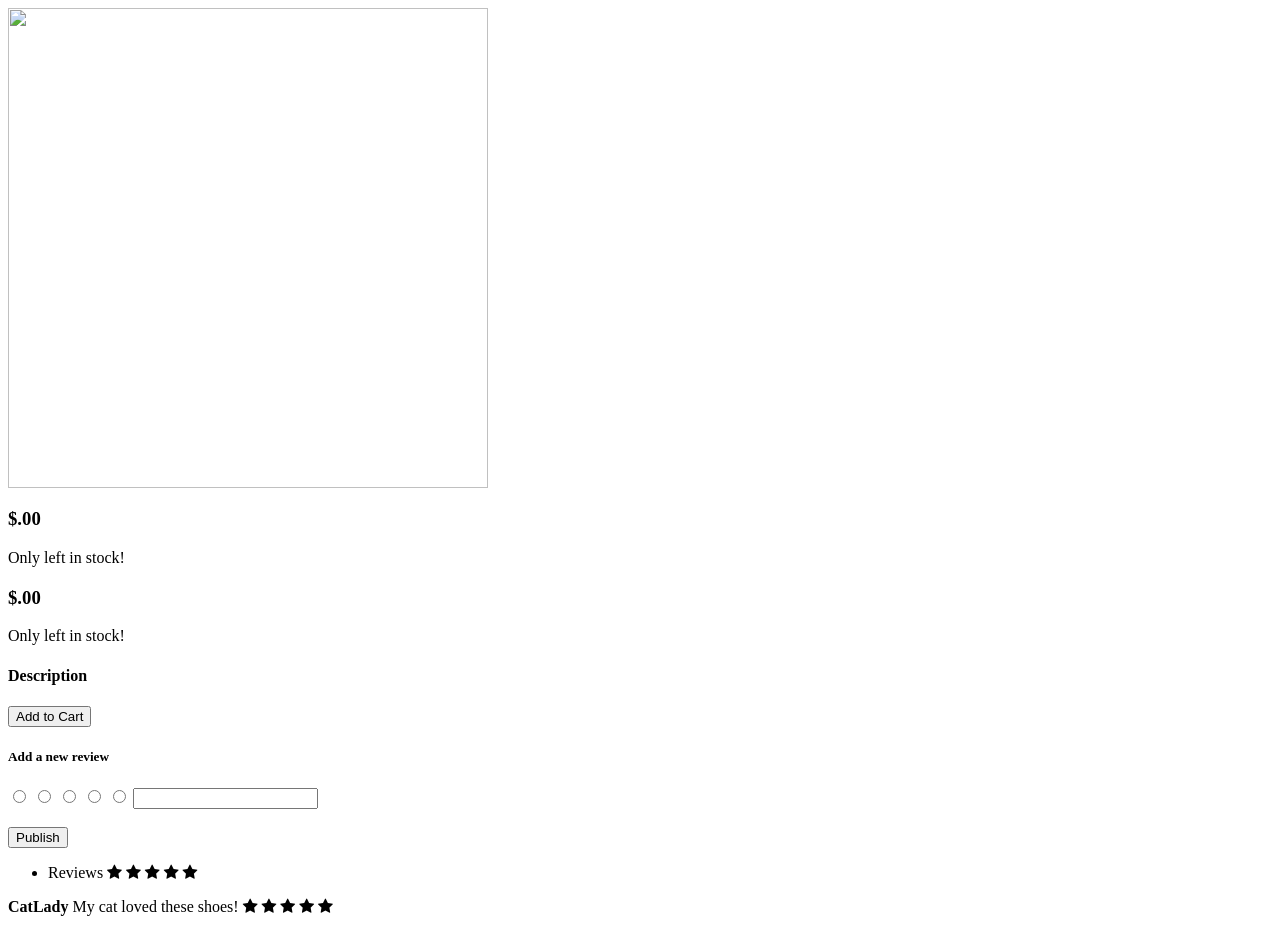
Repository: qfernandez/rangers-project
Page: views/partials/playerInfo.ejs
The author's editor kept a record of every edit. The page is drawn from the files as they stood at one moment, then again after the next edit.
The browser window is 1280 px wide. The pictures show the whole page.
Some web libraries are served in a nearby version. The page is served by the project's Node server (app.js). The template is opened directly, without the code that normally fills it, so the values that code supplies are empty.

Above is the page before.

After the next edit:
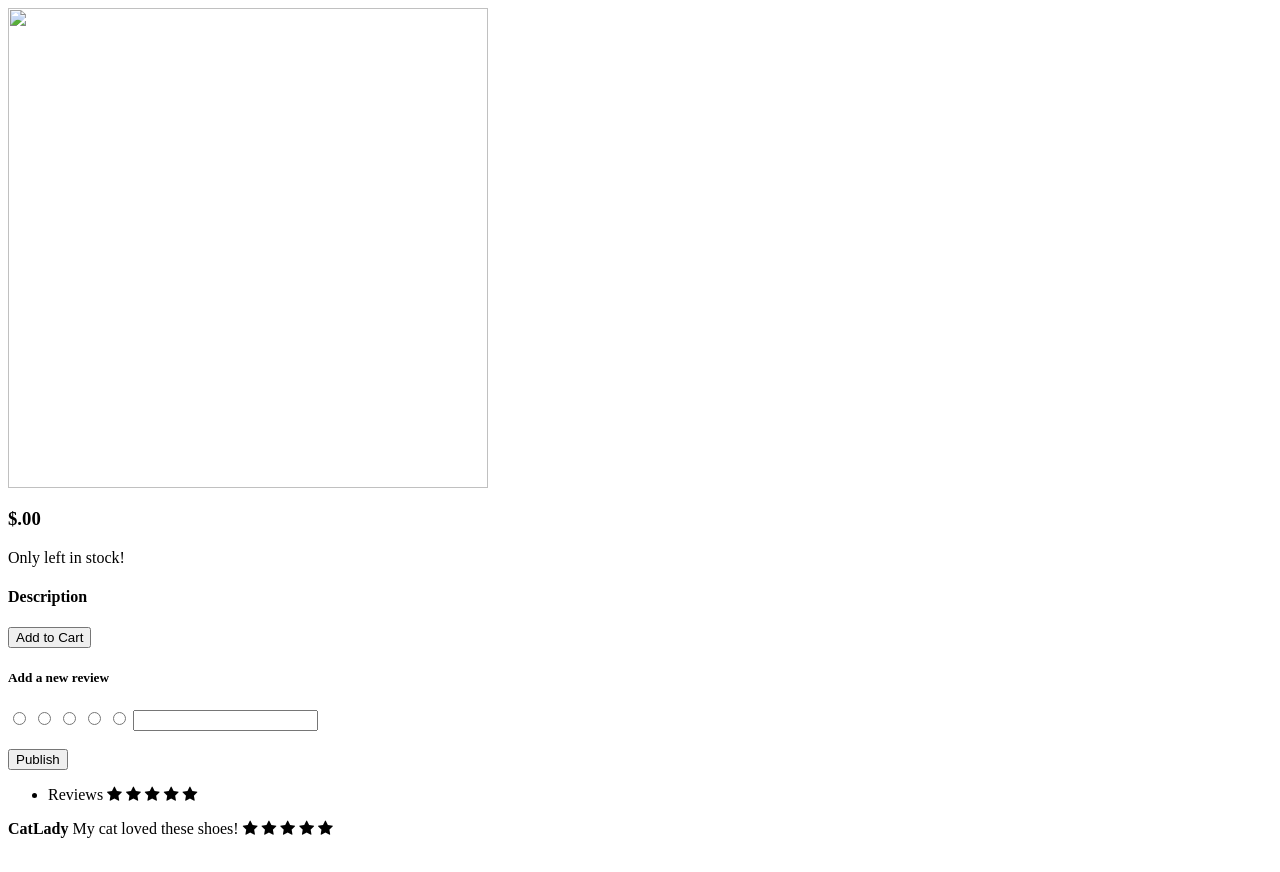
The edit:
--- a/views/partials/playerInfo.ejs
+++ b/views/partials/playerInfo.ejs
@@ -8,17 +8,14 @@
         <h2 class="card-title"><%= product.name %></h2>
         <h3 class="card-text">$<%= product.price %>.00</h3>
         <p class="card-text text-danger">Only <%= product.quantity %> left in stock!</p>
+        <%= product.description %>
     </div>
 
-        <div class="col-md-8">
-        <div class="card-body">
-        <h2 class="card-title"><%= product.name %></h2>
-        <h3 class="card-text">$<%= product.price %>.00</h3>
-        <p class="card-text text-danger">Only <%= product.quantity %> left in stock!</p>
+
 
         <h4>Description</h4>
 
-        <%= product.description %>
+
 
 
         <td class="align-middle"><button class="btn btn-primary btn-lg btn-block" onclick="insertToCart('<%=product.name%>','<%=product.price%>')">Add to Cart</button></td>
